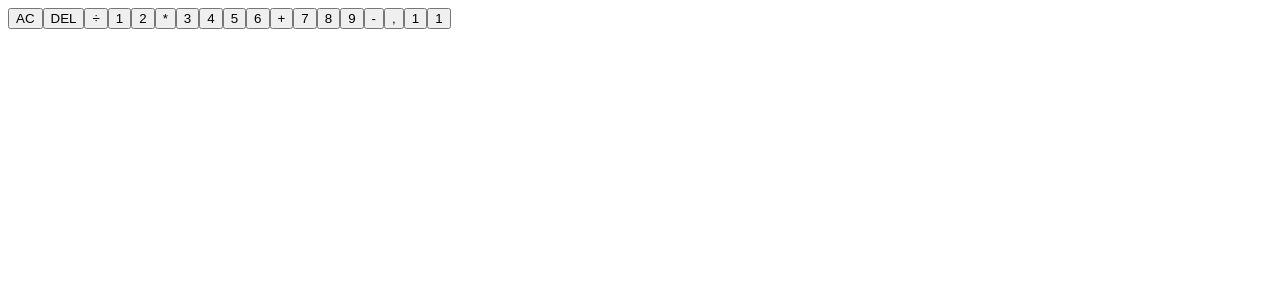
Repository: Ellisvelandia/Calculator
Page: /
The author's editor kept a copy of each file at every save. The page is drawn from the files as they stood at one save, then again after a run of saves.
The browser window is 1280 px wide. The pictures show the whole page.
The project was rebuilt for these pictures with package versions that can differ from the ones it lists, and the page was loaded fresh each time. Also part of the build but not shown: src/index.css, src/App.css.

Above is the page before, as saved 2022-08-15 23:33:08.

### src/App.js
import './App.css';

function App() {
  return (
    <div className="calculator.grid">
      <div className='output'>
        <div className="previous-operand"></div>
        <div className="current-operand"></div>
      </div>
      <button className='span-two'>AC</button>
      <button>DEL</button>
      <button>÷</button>
      <button>1</button>
      <button>2</button>
      <button>*</button>
      <button>3</button>
      <button>4</button>
      <button>5</button>
      <button>6</button>
      <button>+</button>
      <button>7</button>
      <button>8</button>
      <button>9</button>
      <button>-</button>
      <button>,</button>
      <button>1</button>
      <button>1</button>

    </div>
  );
}

export default App

Loaded but not shown: public/index.html (common file); src/index.js (common file); src/reportWebVitals.js (common file)

After the next 3 saves:
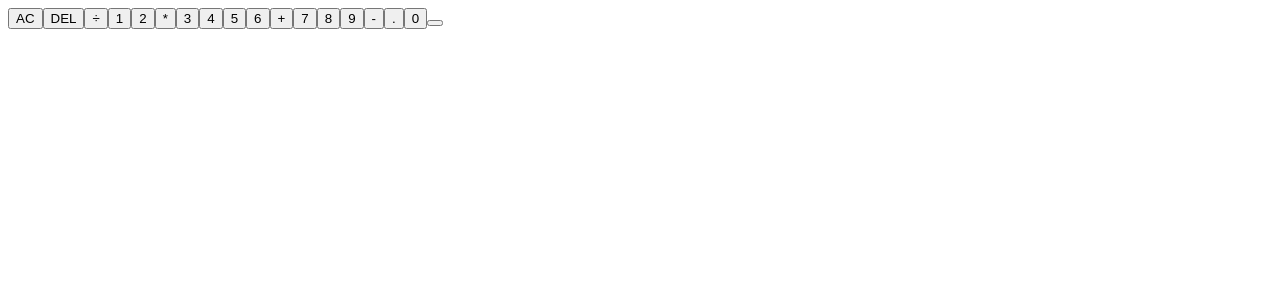
The 3 saves are shown as one change because they came seconds apart.
The last was saved 12 s later.
--- a/src/App.js
+++ b/src/App.js
@@ -22,9 +22,9 @@ function App() {
       <button>8</button>
       <button>9</button>
       <button>-</button>
-      <button>,</button>
-      <button>1</button>
-      <button>1</button>
+      <button>.</button>
+      <button>0</button>
+      <button></button>
 
     </div>
   );
